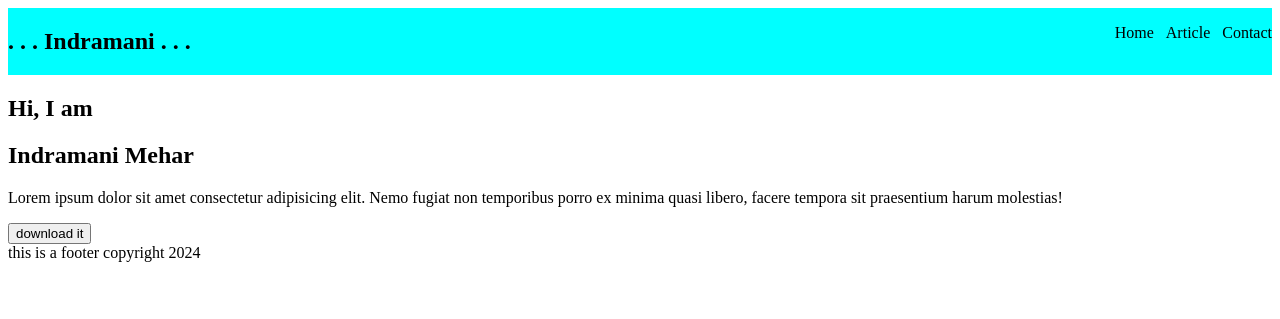
Repository: indramani7271/Indramani-First
Page: /
These files come from the project's save history. The page is drawn as it stood at one moment and after the next save; the edit follows.
The browser window is 1280 px wide. The pictures show the whole page.
The project was rebuilt for these pictures with package versions that can differ from the ones it lists, and the page was loaded fresh each time. Also part of the build but not shown: vite.config.js, src/index.css.

Above is the page before, as saved 2024-12-02 17:39:34.

### src/App.jsx
import Main from "./Component/Main";
import Navbar from "./Component/Navbar";
import Footer from "./Component/Footer";
function App() {


  return (
    <div>

<Navbar />

<Main> </Main>
<Footer> </Footer>
    </div>
  )


}


export default App;

### src/Component/Main.jsx
function Main ()  {

  return (
    <div>
        <h2 > Hi, I am     </h2>
        <h2> Indramani Mehar</h2>
        <p>Lorem ipsum dolor sit amet consectetur adipisicing elit. Nemo fugiat non temporibus porro ex minima quasi libero, facere tempora sit praesentium harum molestias!</p>
   <div>
    <button>download it</button>
   </div>


    </div>

  )
}

export default Main;

### src/Component/Navbar.jsx
function Navbar() {
    return(
        <div style={{display:"flex" , justifyContent:"space-between", backgroundColor:"aqua"}}>

<div>
<h2>. . . Indramani . . .</h2>
</div>

<div style={{display:"flex" , justifyContent:"space-between", gap:"12px", backgroundColor:"aqua"}}>

<p >Home</p>
<p>Article</p>
<p>Contact</p>

</div>

        </div>
    )

}

export default Navbar

### src/Component/Footer.jsx
function Footer() {
   return(
    <footer>this is a footer copyright 2024</footer>
   )


}

export default Footer

### src/Component/Content.jsx
function Content(){
    return(
        <div>
            this is my react js content,
        </div>
    )
}
export default Content

Loaded but not shown: index.html (common file); src/main.jsx (common file)

After the next save:
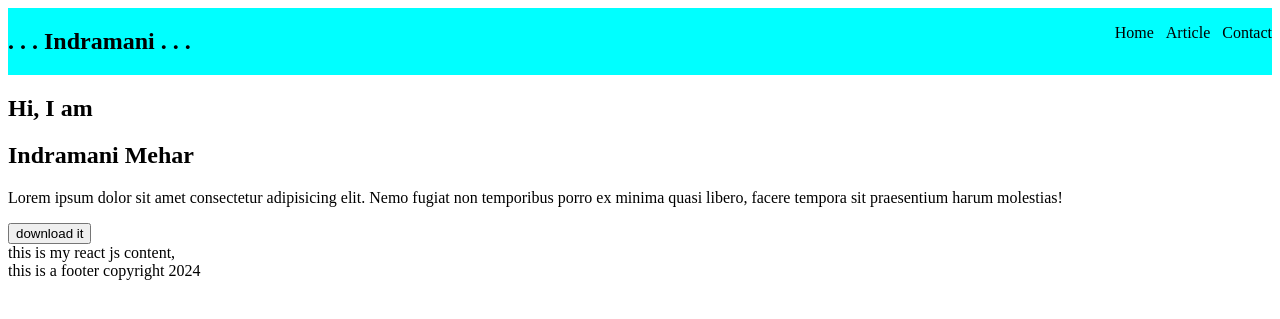
Saved 90 s later.
--- a/src/App.jsx
+++ b/src/App.jsx
@@ -1,6 +1,8 @@
 import Main from "./Component/Main";
 import Navbar from "./Component/Navbar";
+
 import Footer from "./Component/Footer";
+import Content from "./Component/Content";
 function App() {
 
 
@@ -10,6 +12,7 @@ function App() {
 <Navbar />
 
 <Main> </Main>
+<Content> </Content>
 <Footer> </Footer>
     </div>
   )
